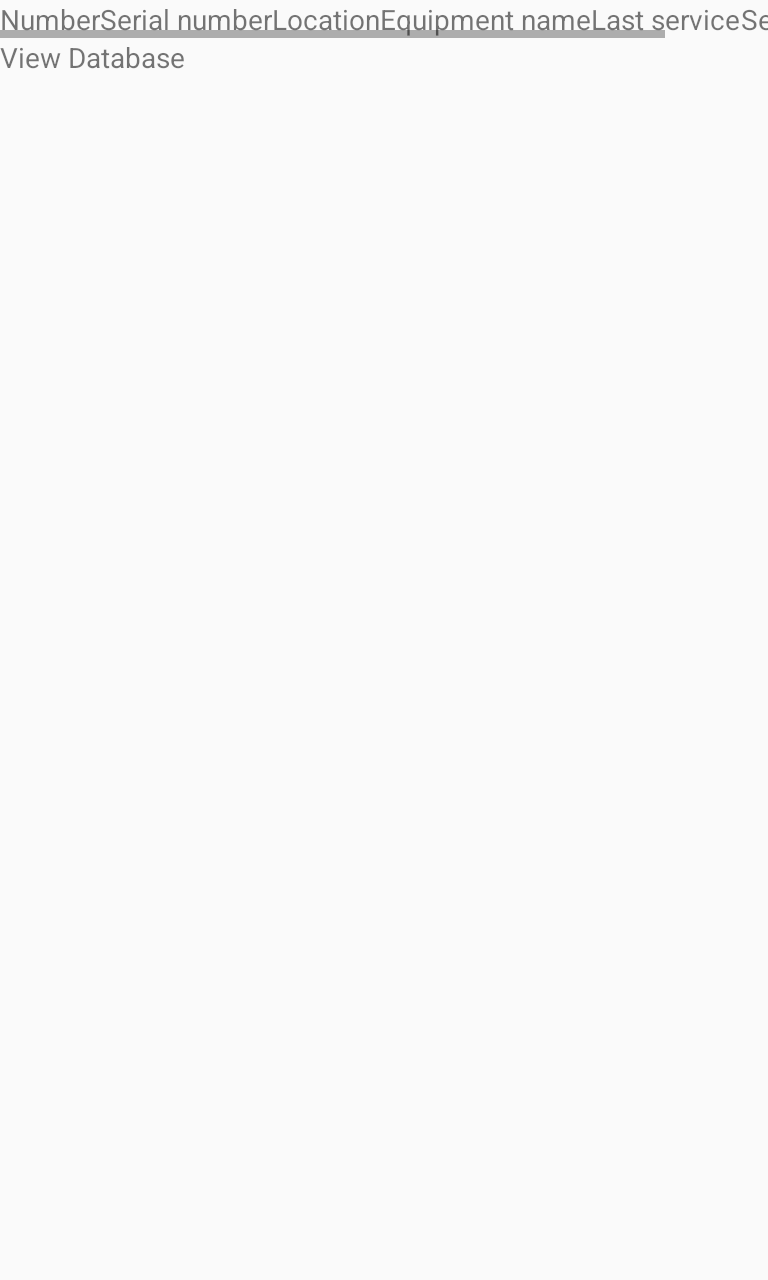
Repository: procmillie/AppKeepV9.12.14
Layout: StupidApp/res/layout/database_view123.xml
An editor plug-in stored every save of this project. The layout is shown before and after the next save, followed by the edit.
It is drawn on a 768 x 1280 px phone screen (xhdpi) without system bars, with theme AppTheme; the app's code is not run.

Above is the layout before, as saved 2014-11-26 18:53:59.

After the next save:
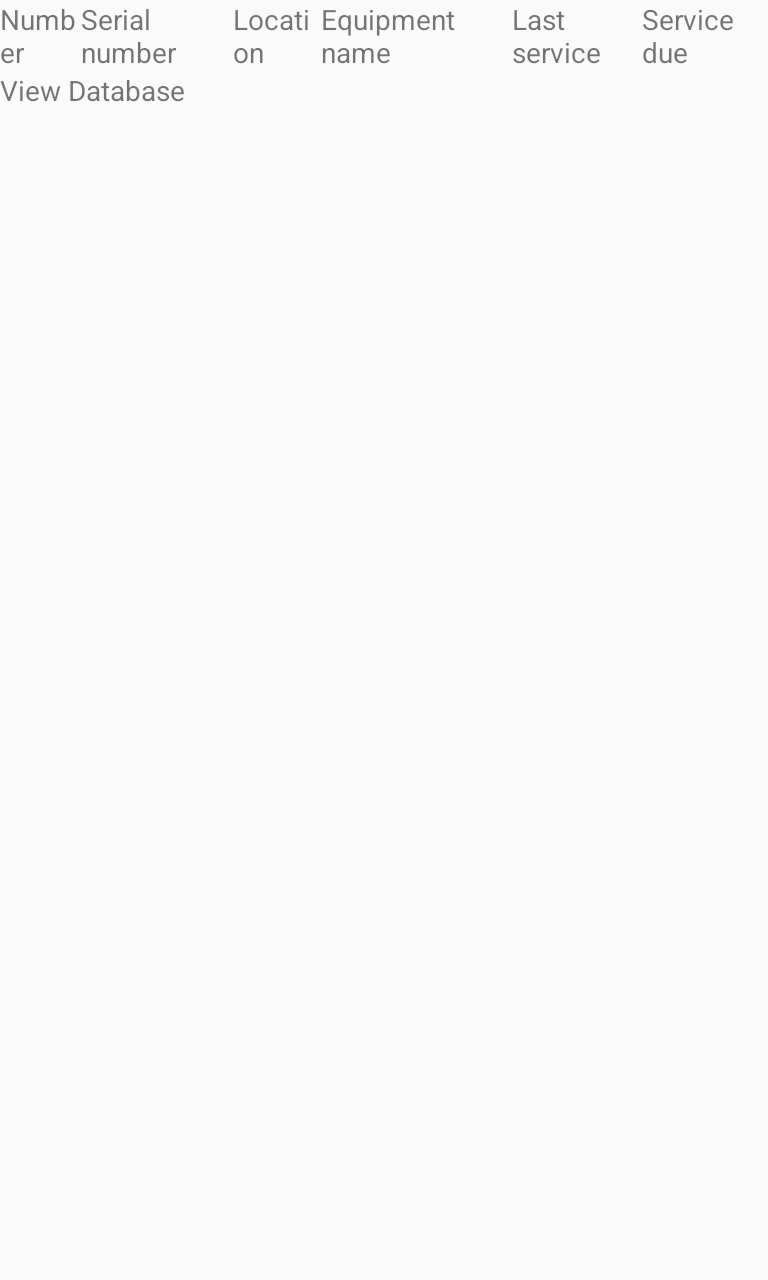
Saved 35 s later.
--- a/StupidApp/res/layout/database_view123.xml
+++ b/StupidApp/res/layout/database_view123.xml
@@ -6,10 +6,10 @@
     	android:layout_width="match_parent"
         android:layout_height="match_parent">
 
-    <HorizontalScrollView
+  <!--   <HorizontalScrollView
         android:id="@+id/horizontalScrollView1"
         android:layout_width="wrap_content"
-        android:layout_height="wrap_content" >
+        android:layout_height="wrap_content" >-->
 
 
     <TableLayout android:id="@+id/tableLayout1"
@@ -40,7 +40,7 @@
 
     </TableLayout>
 
-     </HorizontalScrollView>
+     <!-- </HorizontalScrollView>-->
 
     <TextView  android:text="@string/view_database"  android:id="@+id/tv_full_database_view"
         android:layout_width="fill_parent"   android:layout_height="fill_parent"/>
